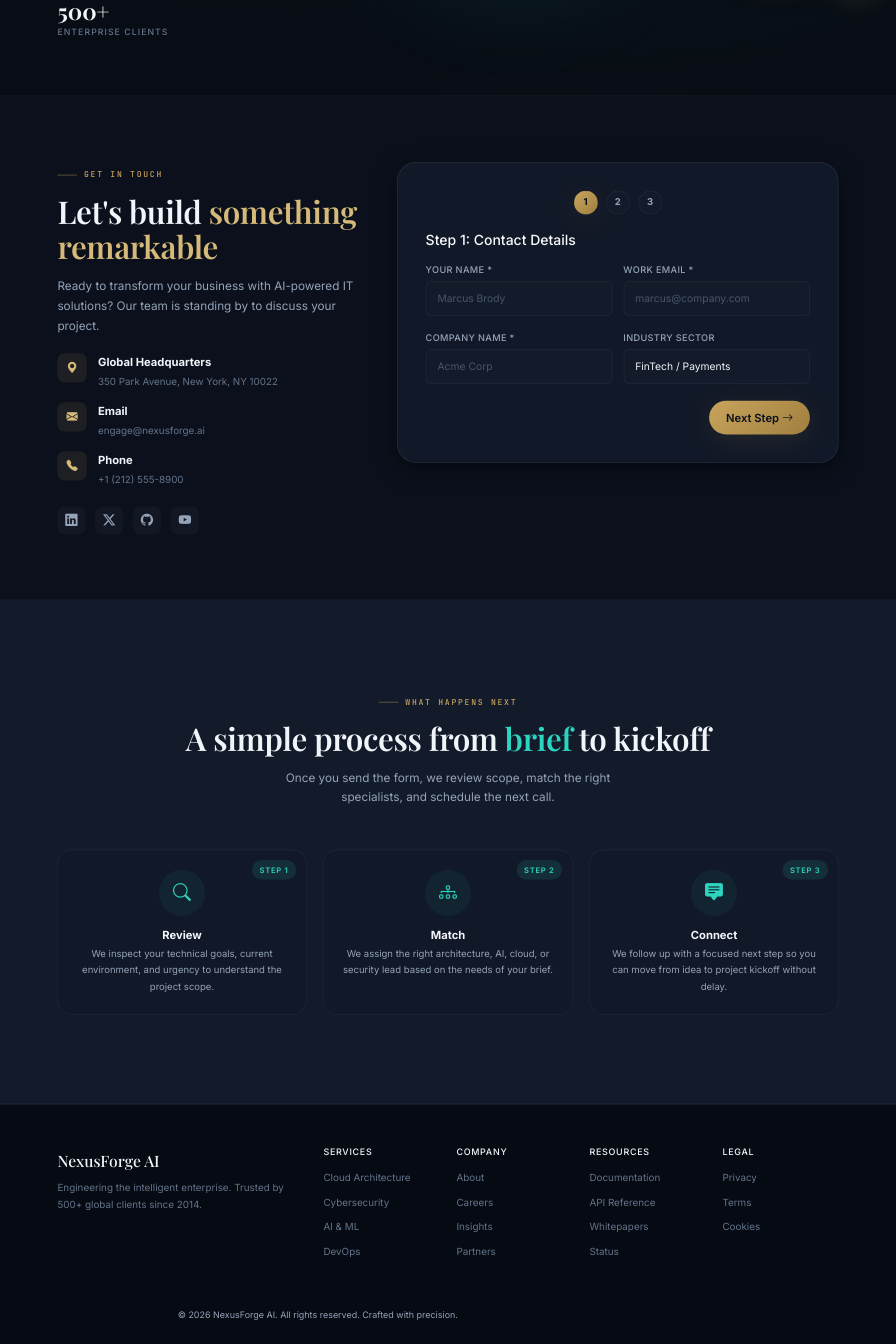
Repository: ruzni-dev/project-showcase
Page: pages/52-IT-Solutions-Website/pages/contact.html
An editor plug-in stored every save of this project. The page is shown before and after the next save, followed by the edit.
The browser window is 1280 px wide. The pictures show the part of the page from y = 711 to 2631 px (the page is 2631 px tall), at 70% of full size.
Some web fonts or font styles are not loaded; a fallback is used.

Above is the page before, as saved 2026-05-26 13:26:39.

After the next save:
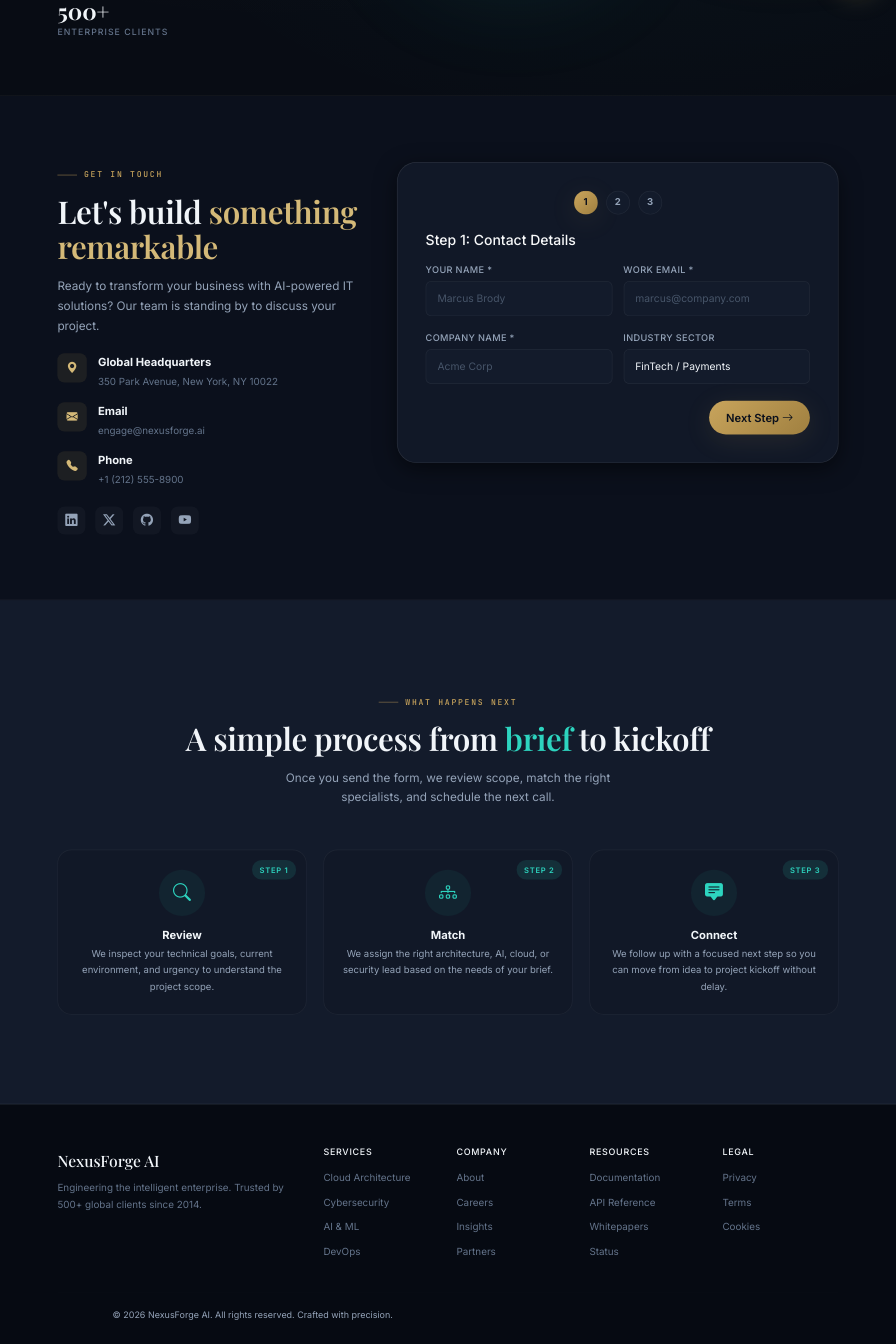
Saved 10 s later.
--- a/pages/52-IT-Solutions-Website/pages/contact.html
+++ b/pages/52-IT-Solutions-Website/pages/contact.html
@@ -342,7 +342,7 @@
                 </div>
             </div>
             <hr style="border-color:rgba(255,255,255,0.05);margin:30px 0 20px;">
-            <div class="text-center col-md-8" style="color:var(--slate-400);font-size:0.8rem;">
+            <div class="text-center col-md-6" style="color:var(--slate-400);font-size:0.8rem;">
                 &copy; 2026 NexusForge AI. All rights reserved. Crafted with precision.
             </div>
         </div>
